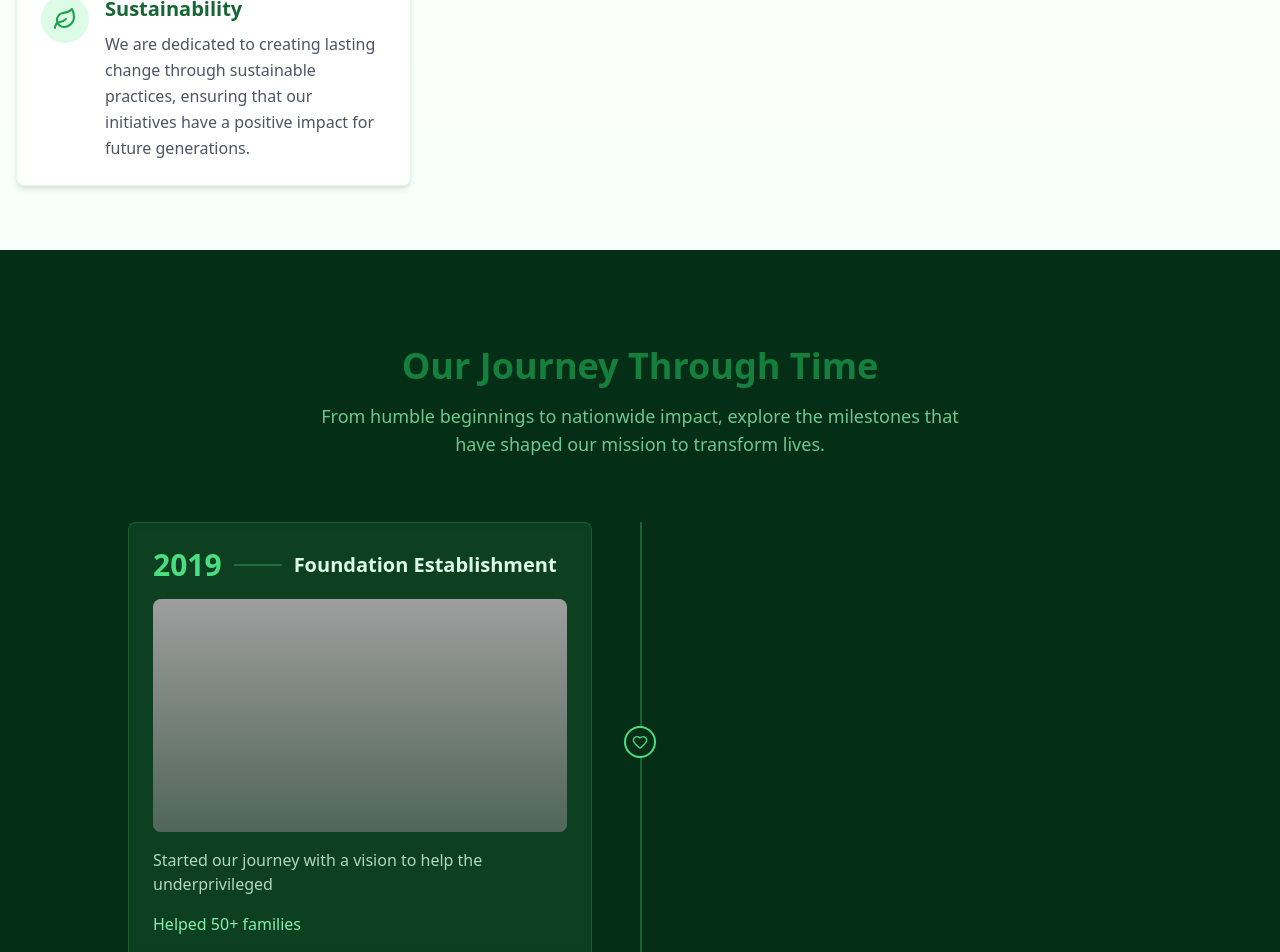
Repository: rajukumar2003/chandra-foundation
Page: /aboutus
The author's editor kept a copy of each file at every save. The page is drawn from the files as they stood at one save, then again after the next save.
The browser window is 1280 px wide. The pictures show the part of the page from y = 2996 to 3948 px (the page is 7671 px tall).
Pictures or frames that could not be fetched are drawn as grey boxes. The project was rebuilt for these pictures with package versions that can differ from the ones it lists, and the page was loaded fresh each time. The framework's server and built-in components were replaced by stand-ins that run in the browser. Also part of the build but not shown: next.config.ts.

Above is the page before, as saved 2025-01-30 20:31:11.

### app/layout.tsx
import type { Metadata } from "next";
import { Geist, Geist_Mono } from "next/font/google";
import "./globals.css";
import Navbar from "./components/navbar";
import Footer from "./components/Footer";

const geistSans = Geist({
  variable: "--font-geist-sans",
  subsets: ["latin"],
});

const geistMono = Geist_Mono({
  variable: "--font-geist-mono",
  subsets: ["latin"],
});

export const metadata: Metadata = {
  title: "Create Next App",
  description: "Generated by create next app",
};

export default function RootLayout({
  children,
}: Readonly<{
  children: React.ReactNode;
}>) {
  return (
    <html lang="en">
      <body
        className={`${geistSans.variable} ${geistMono.variable} antialiased`}
      >
        <Navbar />
        {children}
        <Footer/>
      </body>
    </html>
  );
}

### app/globals.css
@tailwind base;
@tailwind components;
@tailwind utilities;
@layer base {
  :root {
    --background: 0 0% 100%;
    --foreground: 0 0% 3.9%;
    --card: 0 0% 100%;
    --card-foreground: 0 0% 3.9%;
    --popover: 0 0% 100%;
    --popover-foreground: 0 0% 3.9%;
    --primary: 0 0% 9%;
    --primary-foreground: 0 0% 98%;
    --secondary: 0 0% 96.1%;
    --secondary-foreground: 0 0% 9%;
    --muted: 0 0% 96.1%;
    --muted-foreground: 0 0% 45.1%;
    --accent: 0 0% 96.1%;
    --accent-foreground: 0 0% 9%;
    --destructive: 0 84.2% 60.2%;
    --destructive-foreground: 0 0% 98%;
    --border: 0 0% 89.8%;
    --input: 0 0% 89.8%;
    --ring: 0 0% 3.9%;
    --chart-1: 12 76% 61%;
    --chart-2: 173 58% 39%;
    --chart-3: 197 37% 24%;
    --chart-4: 43 74% 66%;
    --chart-5: 27 87% 67%;
    --radius: 0.5rem
  }
  .dark {
    --background: 0 0% 3.9%;
    --foreground: 0 0% 98%;
    --card: 0 0% 3.9%;
    --card-foreground: 0 0% 98%;
    --popover: 0 0% 3.9%;
    --popover-foreground: 0 0% 98%;
    --primary: 0 0% 98%;
    --primary-foreground: 0 0% 9%;
    --secondary: 0 0% 14.9%;
    --secondary-foreground: 0 0% 98%;
    --muted: 0 0% 14.9%;
    --muted-foreground: 0 0% 63.9%;
    --accent: 0 0% 14.9%;
    --accent-foreground: 0 0% 98%;
    --destructive: 0 62.8% 30.6%;
    --destructive-foreground: 0 0% 98%;
    --border: 0 0% 14.9%;
    --input: 0 0% 14.9%;
    --ring: 0 0% 83.1%;
    --chart-1: 220 70% 50%;
    --chart-2: 160 60% 45%;
    --chart-3: 30 80% 55%;
    --chart-4: 280 65% 60%;
    --chart-5: 340 75% 55%
  }
}
@layer base {
  * {
    @apply border-border;
  }
  body {
    @apply bg-background text-foreground;
  }
}

@keyframes float {
  0%, 100% {
    transform: translateY(0);
  }
  50% {
    transform: translateY(-20px);
  }
}

@keyframes float-delayed {
  0%, 100% {
    transform: translateY(0);
  }
  50% {
    transform: translateY(-15px);
  }
}

.animate-float {
  animation: float 6s ease-in-out infinite;
}

.animate-float-delayed {
  animation: float-delayed 5s ease-in-out infinite;
  animation-delay: 1s;
}

### app/components/AboutIntro.tsx
"use client";

import { motion } from "framer-motion";
import Image from "next/image";

export default function AboutUsIntro() {
  return (
    <section className="py-16 bg-white">
      <div className="container mx-auto px-4">
        <div>
          <h2 className="text-4xl font-bold text-green-800 my-12 flex justify-center items-center">Who We Are</h2>
        </div>
        <div className="grid lg:grid-cols-2 gap-12 lg:gap-20 items-center justify-center">
          {/* Left side - Image */}
          <motion.div
            initial={{ opacity: 0, x: -20 }}
            animate={{ opacity: 1, x: 0 }}
            transition={{ duration: 0.6 }}
            className="relative"
          >
            <div className="relative rounded-3xl overflow-hidden border border-green-200 aspect-[16/9]">
              <Image
                src="/images/aboutus.png"
                alt="Making a difference in communities"
                fill
                className="object-cover"
              />
              {/* Decorative borders */}
              <div className="absolute inset-0 border-2 border-green-100 rounded-3xl transform rotate-2" />
              <div className="absolute inset-0 border-2 border-green-100 rounded-3xl transform -rotate-2" />
            </div>
          </motion.div>

          {/* Right side - Content */}
          <motion.div
            initial={{ opacity: 0, x: 20 }}
            animate={{ opacity: 1, x: 0 }}
            transition={{ duration: 0.6, delay: 0.2 }}
            className="space-y-8"
          >
            {/* Short Para / Who we are */}
            <div>
              <p className="text-gray-600 text-lg leading-relaxed">
                Founded in 2019, Chandra Foundation emerged from a vision to
                create lasting positive change in underserved communities. What
                began as a small initiative has grown into a dynamic force for
                social transformation, touching thousands of lives across
                multiple regions.
              </p>
            </div>

            {/* Our Journey */}
            <div>
              <h3 className="text-2xl font-semibold text-green-700 mb-2">
                Our Journey
              </h3>
              <p className="text-gray-600 text-lg leading-relaxed">
                From our humble beginnings distributing essential supplies,
                we&apos;ve evolved into a comprehensive support system focusing on
                education, healthcare, and sustainable development. Each year
                marks new milestones in our mission to empower communities.
              </p>
            </div>

            {/* Founding Story */}
            <div>
              <h3 className="text-2xl font-semibold text-green-700 mb-2">
                Founding Story
              </h3>
              <p className="text-gray-600 text-lg leading-relaxed">
                Our founder, Chandra Kumar, witnessed firsthand the challenges
                faced by underprivileged communities. This personal experience
                sparked a commitment to create an organization that would bridge
                the gap between resources and needs, ensuring no one is left
                behind.
              </p>
            </div>

          </motion.div>
        </div>
      </div>
    </section>
  );
}

### app/components/AboutHero.tsx
"use client"

import { motion } from "framer-motion"
import Image from "next/image"

export default function AboutHero() {
  return (
    <section className="relative min-h-[70vh] md:min-h-[80vh] flex items-center justify-center overflow-hidden">
      <Image
        src="/images/about.png"
        alt="Chandra Foundation team working in the community"
        fill
        style={{ objectFit: "cover", filter: "brightness(0.8)" }}
        className="absolute inset-0"
        priority
      />
      <div className="absolute inset-0 bg-black opacity-10" />
      <div className="absolute inset-0 bg-gradient-to-b from-black/20 to-black/10" />
      {/* <div className="absolute inset-0 bg-gradient-to-b from-green-900/70 to-green-800/70" /> */}
      <div className="absolute inset-0 bg-grid-white/[0.05]" />

      <div className="relative z-20 text-center text-white max-w-4xl mx-auto px-4">
        <motion.h1
          initial={{ opacity: 0, y: 30 }}
          animate={{ opacity: 1, y: 0 }}
          transition={{ duration: 0.8, ease: "easeOut" }}
          className="text-4xl md:text-5xl lg:text-6xl font-bold mb-6 leading-tight"
        >
          About Us
        </motion.h1>
        <motion.p
          initial={{ opacity: 0, y: 30 }}
          animate={{ opacity: 1, y: 0 }}
          transition={{ duration: 0.8, delay: 0.2, ease: "easeOut" }}
          className="text-xl md:text-2xl lg:text-3xl font-light"
        >
          Empowering Communities, Transforming Lives
        </motion.p>
      </div>
    </section>
  )
}

### app/components/HistorySection.tsx
"use client"

import { motion } from "framer-motion"
import { Heart, FileCheck, TrendingUp, Sparkles, GraduationCap, Eye, Utensils, Trophy } from "lucide-react"
import Image from "next/image"

const timelineEvents = [
  {
    year: 2019,
    title: "Foundation Establishment",
    description: "Started our journey with a vision to help the underprivileged",
    stats: "Helped 50+ families",
    icon: Heart,
    image: "/images/foundation.jpg",
  },
  {
    year: 2020,
    title: "Official Registration",
    description: "Registered as a non-profit organization to expand our reach",
    stats: "Became officially recognized",
    icon: FileCheck,
    image: "/images/registration.jpg",
  },
  {
    year: 2021,
    title: "Growing Impact",
    description: "Expanded our programs to education and healthcare",
    stats: "Reached 500+ beneficiaries",
    icon: TrendingUp,
    image: "/images/impact.jpg",
  },
  {
    year: 2022,
    title: "Community Growth & Food Security",
    description: "Launched AnnaSamruddhi food distribution program, reaching thousands of families in need",
    stats: ["100+ active volunteers", "5000+ meals distributed", "5 community kitchens established"],
    icon: Utensils,
    image: "/images/food-distribution.jpg",
  },
  {
    year: 2023,
    title: "Healthcare Milestones",
    description: "Organized free eye camps under AyushKalyan initiative, serving rural communities",
    stats: ["5 community awards", "1000+ eye checkups conducted", "200+ spectacles distributed"],
    icon: Eye,
    image: "/images/eye-camp.jpg",
  },
  {
    year: 2024,
    title: "Skill Development Initiative",
    description: "Launched comprehensive skill certification program under KarmaVikas",
    stats: ["500+ youth trained", "10 skill development centers", "80% placement rate"],
    icon: GraduationCap,
    image: "/images/skill-development.jpg",
  },
  {
    year: 2025,
    title: "Official Launch",
    description: "Grand inauguration of Chandra Foundation headquarters",
    stats: ["Nationwide recognition", "Pan-India presence", "Strategic partnerships established"],
    icon: Trophy,
    image: "/images/launch.jpg",
  },
]

export default function HistorySection() {
  return (
    <section className="py-24 bg-green-950 text-white relative overflow-hidden">

      <div className="container mx-auto px-4 relative">
        <motion.div
          initial={{ opacity: 0, y: 20 }}
          whileInView={{ opacity: 1, y: 0 }}
          viewport={{ once: true }}
          transition={{ duration: 0.6 }}
          className="text-center mb-16"
        >
          <h2 className="text-3xl md:text-4xl font-bold text-green-700 mb-4">Our Journey Through Time</h2>
          <p className="text-green-300/80 max-w-2xl mx-auto text-lg">
            From humble beginnings to nationwide impact, explore the milestones that have shaped our mission to
            transform lives.
          </p>
        </motion.div>

        <div className="relative max-w-5xl mx-auto">
          {/* Timeline Line */}
          <div className="absolute left-4 md:left-1/2 top-0 bottom-0 w-0.5 bg-green-400/30" />

          {timelineEvents.map((event, index) => (
            <motion.div
              key={event.year}
              initial={{ opacity: 0, y: 20 }}
              whileInView={{ opacity: 1, y: 0 }}
              viewport={{ once: true }}
              transition={{ duration: 0.6, delay: index * 0.1 }}
              className={`relative flex items-center mb-12 ${index % 2 === 0 ? "md:flex-row" : "md:flex-row-reverse"}`}
            >
              {/* Timeline Node */}
              <div className="absolute left-4 md:left-1/2 w-8 h-8 bg-green-950 rounded-full border-2 border-green-400 transform -translate-x-4 md:-translate-x-4 z-10">
                <event.icon className="w-4 h-4 text-green-400 absolute top-1/2 left-1/2 transform -translate-x-1/2 -translate-y-1/2" />
              </div>

              {/* Content */}
              <div className={`ml-12 md:ml-0 md:w-1/2 ${index % 2 === 0 ? "md:pr-12" : "md:pl-12"}`}>
                <div className="bg-green-900/50 backdrop-blur-sm rounded-lg p-6 border border-green-400/20 hover:border-green-400/40 transition-colors">
                  <div className="flex items-center mb-4">
                    <span className="text-3xl font-bold text-green-400">{event.year}</span>
                    <div className="w-12 h-0.5 bg-green-400/30 mx-3" />
                    <h3 className="text-xl font-semibold text-green-100">{event.title}</h3>
                  </div>

                  <div className="relative aspect-video w-full mb-4 rounded-lg overflow-hidden">
                    <Image src={event.image || "/placeholder.svg"} alt={event.title} fill className="object-cover" />
                    <div className="absolute inset-0 bg-gradient-to-t from-green-950/50 to-transparent" />
                  </div>

                  <p className="text-green-100/80 mb-4">{event.description}</p>

                  {Array.isArray(event.stats) ? (
                    <ul className="space-y-2">
                      {event.stats.map((stat, i) => (
                        <li key={i} className="flex items-center text-green-300">
                          <div className="w-1.5 h-1.5 bg-green-400 rounded-full mr-2" />
                          {stat}
                        </li>
                      ))}
                    </ul>
                  ) : (
                    <p className="text-green-300">{event.stats}</p>
                  )}
                </div>
              </div>
            </motion.div>
          ))}

          {/* Future Indicator */}
          <div className="absolute left-4 md:left-1/2 bottom-0 transform -translate-x-4 md:-translate-x-4">
            <div className="w-8 h-8 rounded-full bg-green-400/20 flex items-center justify-center">
              <Sparkles className="w-4 h-4 text-green-400" />
            </div>
          </div>
        </div>
      </div>
    </section>
  )
}

### components/ui/button.tsx
import * as React from "react"
import { Slot } from "@radix-ui/react-slot"
import { cva, type VariantProps } from "class-variance-authority"

import { cn } from "@/lib/utils"

const buttonVariants = cva(
  "inline-flex items-center justify-center gap-2 whitespace-nowrap rounded-md text-sm font-medium transition-colors focus-visible:outline-none focus-visible:ring-1 focus-visible:ring-ring disabled:pointer-events-none disabled:opacity-50 [&_svg]:pointer-events-none [&_svg]:size-4 [&_svg]:shrink-0",
  {
    variants: {
      variant: {
        default:
          "bg-primary text-primary-foreground shadow hover:bg-primary/90",
        destructive:
          "bg-destructive text-destructive-foreground shadow-sm hover:bg-destructive/90",
        outline:
          "border border-input bg-background shadow-sm hover:bg-accent hover:text-accent-foreground",
        secondary:
          "bg-secondary text-secondary-foreground shadow-sm hover:bg-secondary/80",
        ghost: "hover:bg-accent hover:text-accent-foreground",
        link: "text-primary underline-offset-4 hover:underline",
      },
      size: {
        default: "h-9 px-4 py-2",
        sm: "h-8 rounded-md px-3 text-xs",
        lg: "h-10 rounded-md px-8",
        icon: "h-9 w-9",
      },
    },
    defaultVariants: {
      variant: "default",
      size: "default",
    },
  }
)

export interface ButtonProps
  extends React.ButtonHTMLAttributes<HTMLButtonElement>,
    VariantProps<typeof buttonVariants> {
  asChild?: boolean
}

const Button = React.forwardRef<HTMLButtonElement, ButtonProps>(
  ({ className, variant, size, asChild = false, ...props }, ref) => {
    const Comp = asChild ? Slot : "button"
    return (
      <Comp
        className={cn(buttonVariants({ variant, size, className }))}
        ref={ref}
        {...props}
      />
    )
  }
)
Button.displayName = "Button"

export { Button, buttonVariants }

### components/ui/input.tsx
import * as React from "react"

import { cn } from "@/lib/utils"

const Input = React.forwardRef<HTMLInputElement, React.ComponentProps<"input">>(
  ({ className, type, ...props }, ref) => {
    return (
      <input
        type={type}
        className={cn(
          "flex h-9 w-full rounded-md border border-input bg-transparent px-3 py-1 text-base shadow-sm transition-colors file:border-0 file:bg-transparent file:text-sm file:font-medium file:text-foreground placeholder:text-muted-foreground focus-visible:outline-none focus-visible:ring-1 focus-visible:ring-ring disabled:cursor-not-allowed disabled:opacity-50 md:text-sm",
          className
        )}
        ref={ref}
        {...props}
      />
    )
  }
)
Input.displayName = "Input"

export { Input }

Loaded but not shown: lib/utils.ts (common file); tailwind.config.js (83 lines, source omitted); app/(root)/aboutus/page.tsx (408 lines, source omitted); components/ui/dropdown-menu.tsx (201 lines, source omitted); app/components/navbar.tsx (187 lines, source omitted); app/components/VisionMission.tsx (108 lines, source omitted); app/components/Footer.tsx (118 lines, source omitted); app/components/CoreValues.tsx (96 lines, source omitted)

After the next save:
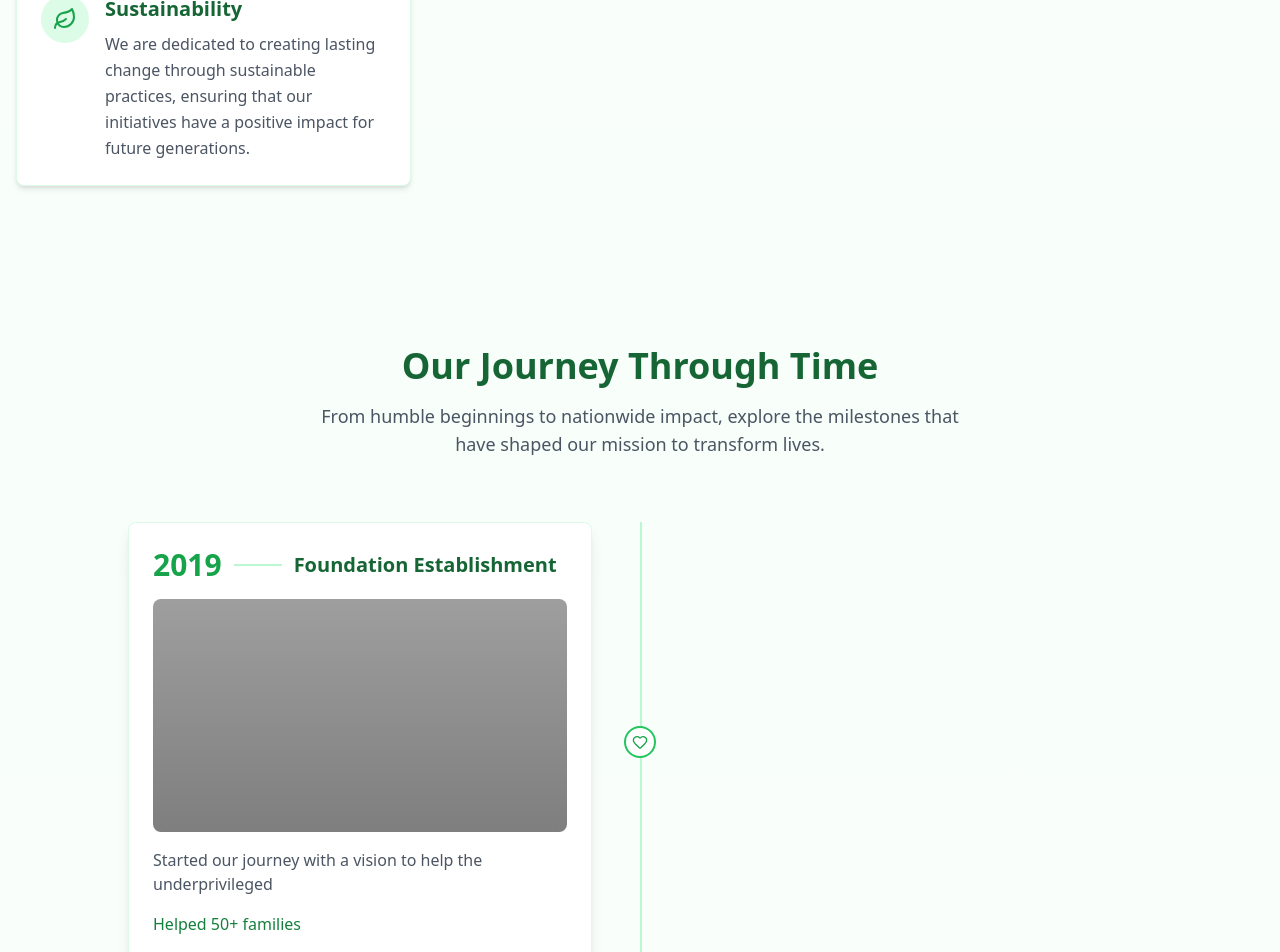
Saved 6 min 4 s later.
--- a/app/components/HistorySection.tsx
+++ b/app/components/HistorySection.tsx
@@ -65,7 +65,9 @@ const timelineEvents = [
 
 export default function HistorySection() {
   return (
-    <section className="py-24 bg-green-950 text-white relative overflow-hidden">
+    <section className="py-24 bg-gradient-to-b from-green-50/50 to-white relative overflow-hidden">
+      {/* Background Pattern */}
+      <div className="absolute inset-0 bg-grid-gray-100/25 [mask-image:radial-gradient(white,transparent_85%)]" />
 
       <div className="container mx-auto px-4 relative">
         <motion.div
@@ -75,8 +77,8 @@ export default function HistorySection() {
           transition={{ duration: 0.6 }}
           className="text-center mb-16"
         >
-          <h2 className="text-3xl md:text-4xl font-bold text-green-700 mb-4">Our Journey Through Time</h2>
-          <p className="text-green-300/80 max-w-2xl mx-auto text-lg">
+          <h2 className="text-3xl md:text-4xl font-bold text-green-800 mb-4">Our Journey Through Time</h2>
+          <p className="text-gray-600 max-w-2xl mx-auto text-lg">
             From humble beginnings to nationwide impact, explore the milestones that have shaped our mission to
             transform lives.
           </p>
@@ -84,7 +86,7 @@ export default function HistorySection() {
 
         <div className="relative max-w-5xl mx-auto">
           {/* Timeline Line */}
-          <div className="absolute left-4 md:left-1/2 top-0 bottom-0 w-0.5 bg-green-400/30" />
+          <div className="absolute left-4 md:left-1/2 top-0 bottom-0 w-0.5 bg-green-200" />
 
           {timelineEvents.map((event, index) => (
             <motion.div
@@ -96,37 +98,37 @@ export default function HistorySection() {
               className={`relative flex items-center mb-12 ${index % 2 === 0 ? "md:flex-row" : "md:flex-row-reverse"}`}
             >
               {/* Timeline Node */}
-              <div className="absolute left-4 md:left-1/2 w-8 h-8 bg-green-950 rounded-full border-2 border-green-400 transform -translate-x-4 md:-translate-x-4 z-10">
-                <event.icon className="w-4 h-4 text-green-400 absolute top-1/2 left-1/2 transform -translate-x-1/2 -translate-y-1/2" />
+              <div className="absolute left-4 md:left-1/2 w-8 h-8 bg-white rounded-full border-2 border-green-500 transform -translate-x-4 md:-translate-x-4 z-10">
+                <event.icon className="w-4 h-4 text-green-600 absolute top-1/2 left-1/2 transform -translate-x-1/2 -translate-y-1/2" />
               </div>
 
               {/* Content */}
               <div className={`ml-12 md:ml-0 md:w-1/2 ${index % 2 === 0 ? "md:pr-12" : "md:pl-12"}`}>
-                <div className="bg-green-900/50 backdrop-blur-sm rounded-lg p-6 border border-green-400/20 hover:border-green-400/40 transition-colors">
+                <div className="bg-white rounded-lg p-6 shadow-lg hover:shadow-xl transition-all duration-300 border border-green-100">
                   <div className="flex items-center mb-4">
-                    <span className="text-3xl font-bold text-green-400">{event.year}</span>
-                    <div className="w-12 h-0.5 bg-green-400/30 mx-3" />
-                    <h3 className="text-xl font-semibold text-green-100">{event.title}</h3>
+                    <span className="text-3xl font-bold text-green-600">{event.year}</span>
+                    <div className="w-12 h-0.5 bg-green-200 mx-3" />
+                    <h3 className="text-xl font-semibold text-green-800">{event.title}</h3>
                   </div>
 
                   <div className="relative aspect-video w-full mb-4 rounded-lg overflow-hidden">
                     <Image src={event.image || "/placeholder.svg"} alt={event.title} fill className="object-cover" />
-                    <div className="absolute inset-0 bg-gradient-to-t from-green-950/50 to-transparent" />
+                    <div className="absolute inset-0 bg-gradient-to-t from-black/20 to-transparent" />
                   </div>
 
-                  <p className="text-green-100/80 mb-4">{event.description}</p>
+                  <p className="text-gray-600 mb-4">{event.description}</p>
 
                   {Array.isArray(event.stats) ? (
                     <ul className="space-y-2">
                       {event.stats.map((stat, i) => (
-                        <li key={i} className="flex items-center text-green-300">
-                          <div className="w-1.5 h-1.5 bg-green-400 rounded-full mr-2" />
+                        <li key={i} className="flex items-center text-green-700">
+                          <div className="w-1.5 h-1.5 bg-green-500 rounded-full mr-2" />
                           {stat}
                         </li>
                       ))}
                     </ul>
                   ) : (
-                    <p className="text-green-300">{event.stats}</p>
+                    <p className="text-green-700">{event.stats}</p>
                   )}
                 </div>
               </div>
@@ -135,8 +137,8 @@ export default function HistorySection() {
 
           {/* Future Indicator */}
           <div className="absolute left-4 md:left-1/2 bottom-0 transform -translate-x-4 md:-translate-x-4">
-            <div className="w-8 h-8 rounded-full bg-green-400/20 flex items-center justify-center">
-              <Sparkles className="w-4 h-4 text-green-400" />
+            <div className="w-8 h-8 rounded-full bg-green-100 flex items-center justify-center border-2 border-green-500">
+              <Sparkles className="w-4 h-4 text-green-600" />
             </div>
           </div>
         </div>
